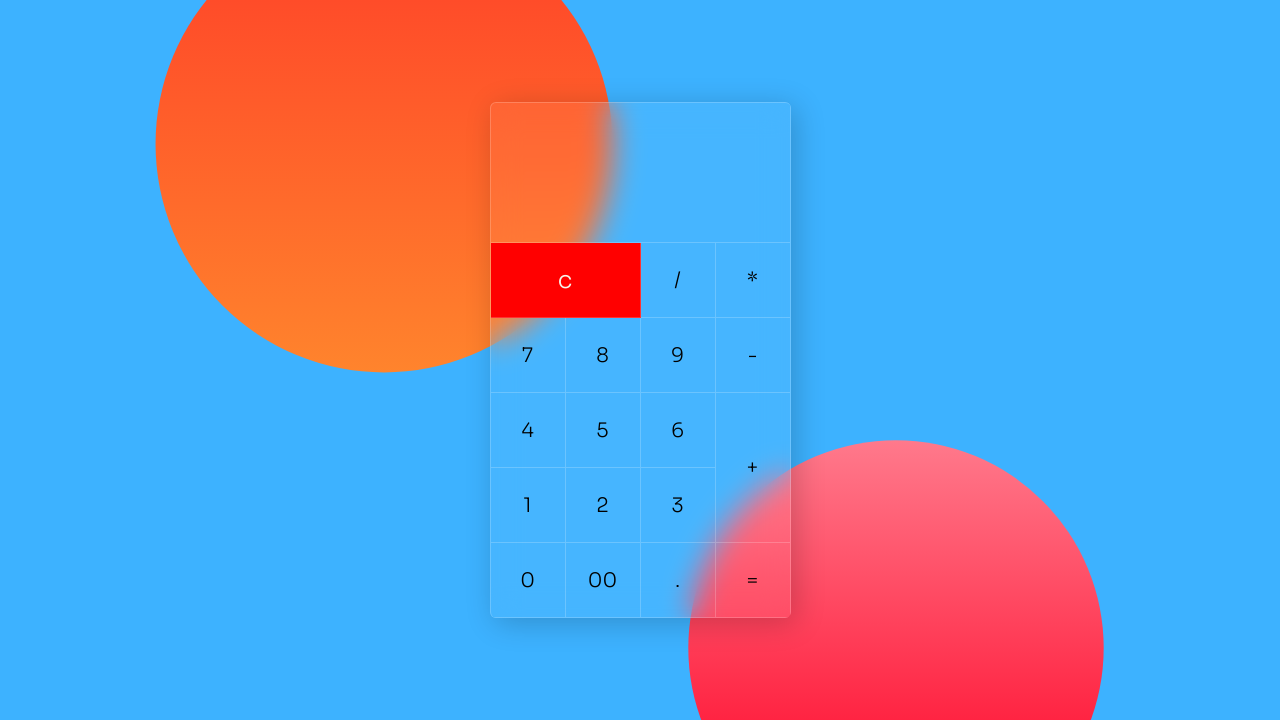
Repository: tharunkumaar404/Glass-Calci
Page: index.html
These files come from the project's save history. The page is drawn as it stood at one moment and after the next save; the edit follows.
The browser window is 1280 px wide. The pictures show the whole page.
The first visible `.container .calculator span` is being pressed.

Above is the page before, as saved 2021-08-26 15:10:21.

### index.html
<!DOCTYPE html>
<html lang="en">
<head>
    <meta charset="UTF-8">
    <meta http-equiv="X-UA-Compatible" content="IE=edge">
    <meta name="viewport" content="width=device-width, initial-scale=1.0">
    <title>Calculator</title>
    <link rel="stylesheet" href="styles.css">
</head>
<body>
    <div class="container">
        <form class="calculator" name="calc">
            <input type="text" readonly class="value" name="txt"/>
            <span class="num clear" onclick="calc.txt.value = ''">c</span>
            <span class="num" onclick="document.calc.txt.value +='/'">/</span>
            <span class="num" onclick="document.calc.txt.value +='*'">*</span>
            <span class="num" onclick="document.calc.txt.value +='7'">7</span>
            <span class="num" onclick="document.calc.txt.value +='8'">8</span>
            <span class="num" onclick="document.calc.txt.value +='9'">9</span>
            <span class="num" onclick="document.calc.txt.value +='-'">-</span>
            <span class="num" onclick="document.calc.txt.value +='4'">4</span>
            <span class="num " onclick="document.calc.txt.value +='5'">5</span>
            <span class="num" onclick="document.calc.txt.value +='6'">6</span>
            <span class="num plus" onclick="document.calc.txt.value +='+'">+</span>
            <span class="num" onclick="document.calc.txt.value +='1'">1</span>
            <span class="num" onclick="document.calc.txt.value +='2'">2</span>
            <span class="num" onclick="document.calc.txt.value +='3'">3</span>
            <span class="num" onclick="document.calc.txt.value +='0'">0</span>
            <span class="num" onclick="document.calc.txt.value +='00'">00</span>
            <span class="num" onclick="document.calc.txt.value +='.'"">.</span>
            <span class="num equal" onclick="document.calc.txt.value =eval(calc.txt.value)">=</span>
        </form>
    </div>
    <script type="text/javascript" src="vanilla-tilt.js"></script>
    <script type="text/javascript">
    	VanillaTilt.init(document.querySelector(".container"), {
    		max: 15,
    		speed: 400,
            glare: true,
            "max-glare":0.2,
            gyroscope:true,
    	});
    </script>
</body>
</html>

### styles.css
@import url('https://fonts.googleapis.com/css2?family=Sora:wght@300&display=swap');

*{
    margin: 0;
    padding: 0;
    box-sizing: border-box;
    font-family: 'Sora', sans-serif;
}

body{
display:flex;
justify-content: center;
align-items: center;
min-height: 100vh;
background: #3DB2FF;
}

body::before{
    content: '';
    position: absolute;
    top: 0;
    left:0;
    width: 100%;
    height:100%;
    background:linear-gradient(#FF4C29,#FFB830);
    clip-path: circle(22% at 30% 20%);
}
body::after{
    content: '';
    position: absolute;
    top: 0;
    left:0;
    width: 100%;
    height:100%;
    background:linear-gradient(#fff,#FF2442);
    clip-path: circle(20% at 70% 90%);
}

.container{
    position:relative;
    background: rgba(255,255,255,0.05);
    border-radius: 6px;
    overflow: hidden;
    z-index:10;
    backdrop-filter: blur(15px);
    border-top: 1px solid rgba(255,255,255,0.2);
    border-left:1px solid rgba(255,255,255,0.2);
    box-shadow: 5px 5px 30px rgba(0,0,0,0.2);

}

.container .calculator{
    position:relative;
    display:grid;

}

.container .calculator .value{
    grid-column: span 4;
    height: 140px;
    width:300px;
    text-align:right;
    border:none;
    outline:none;
    padding:10px;
    font-size:30px;
    background: transparent;
    color: #000;
    border-bottom: 1px solid rgba(255,255,255,0.2);
    border-right:1px solid rgba(255,255,255,0.2);


}
.container .calculator span {
    display:grid;
    place-items:center;
    height: 75px;
    width:75px;
    color:black;
    cursor:pointer;
    font-weight:400;
    font-size:20px;
    user-select:none;
    border-bottom: 1px solid rgba(255,255,255,0.2);
    border-right:1px solid rgba(255,255,255,0.2);
    transition: 0.5s;


}
.container .calculator span:hover{
    transition: 0s;
    background: rgba(255,255,255,0.2);
}

.container .calculator span:active{
    background: #ff0000;
    color: #F7F3E9;
    font-size: 24px;
    font-weight: 500;

}
.container .calculator .clear{
    grid-column: span 2;
    width:150px;
    background: rgba(255,255,255,0.2);
}
.container .calculator .plus{
grid-row: span 2;
height:150px;
}

### vanilla-tilt.js
var VanillaTilt = (function () {
'use strict';

/**
 * Created by Sergiu Șandor (micku7zu) on 1/27/2017.
 * Original idea: https://github.com/gijsroge/tilt.js
 * MIT License.
 * Version 1.7.1
 */

class VanillaTilt {
  constructor(element, settings = {}) {
    if (!(element instanceof Node)) {
      throw ("Can't initialize VanillaTilt because " + element + " is not a Node.");
    }

    this.width = null;
    this.height = null;
    this.clientWidth = null;
    this.clientHeight = null;
    this.left = null;
    this.top = null;

    // for Gyroscope sampling
    this.gammazero = null;
    this.betazero = null;
    this.lastgammazero = null;
    this.lastbetazero = null;

    this.transitionTimeout = null;
    this.updateCall = null;
    this.event = null;

    this.updateBind = this.update.bind(this);
    this.resetBind = this.reset.bind(this);

    this.element = element;
    this.settings = this.extendSettings(settings);

    this.reverse = this.settings.reverse ? -1 : 1;
    this.glare = VanillaTilt.isSettingTrue(this.settings.glare);
    this.glarePrerender = VanillaTilt.isSettingTrue(this.settings["glare-prerender"]);
    this.fullPageListening = VanillaTilt.isSettingTrue(this.settings["full-page-listening"]);
    this.gyroscope = VanillaTilt.isSettingTrue(this.settings.gyroscope);
    this.gyroscopeSamples = this.settings.gyroscopeSamples;

    this.elementListener = this.getElementListener();

    if (this.glare) {
      this.prepareGlare();
    }

    if (this.fullPageListening) {
      this.updateClientSize();
    }

    this.addEventListeners();
    this.updateInitialPosition();
  }

  static isSettingTrue(setting) {
    return setting === "" || setting === true || setting === 1;
  }

  /**
   * Method returns element what will be listen mouse events
   * @return {Node}
   */
  getElementListener() {
    if (this.fullPageListening) {
      return window.document;
    }

    if (typeof this.settings["mouse-event-element"] === "string") {
      const mouseEventElement = document.querySelector(this.settings["mouse-event-element"]);

      if (mouseEventElement) {
        return mouseEventElement;
      }
    }

    if (this.settings["mouse-event-element"] instanceof Node) {
      return this.settings["mouse-event-element"];
    }

    return this.element;
  }

  /**
   * Method set listen methods for this.elementListener
   * @return {Node}
   */
  addEventListeners() {
    this.onMouseEnterBind = this.onMouseEnter.bind(this);
    this.onMouseMoveBind = this.onMouseMove.bind(this);
    this.onMouseLeaveBind = this.onMouseLeave.bind(this);
    this.onWindowResizeBind = this.onWindowResize.bind(this);
    this.onDeviceOrientationBind = this.onDeviceOrientation.bind(this);

    this.elementListener.addEventListener("mouseenter", this.onMouseEnterBind);
    this.elementListener.addEventListener("mouseleave", this.onMouseLeaveBind);
    this.elementListener.addEventListener("mousemove", this.onMouseMoveBind);

    if (this.glare || this.fullPageListening) {
      window.addEventListener("resize", this.onWindowResizeBind);
    }

    if (this.gyroscope) {
      window.addEventListener("deviceorientation", this.onDeviceOrientationBind);
    }
  }

  /**
   * Method remove event listeners from current this.elementListener
   */
  removeEventListeners() {
    this.elementListener.removeEventListener("mouseenter", this.onMouseEnterBind);
    this.elementListener.removeEventListener("mouseleave", this.onMouseLeaveBind);
    this.elementListener.removeEventListener("mousemove", this.onMouseMoveBind);

    if (this.gyroscope) {
      window.removeEventListener("deviceorientation", this.onDeviceOrientationBind);
    }

    if (this.glare || this.fullPageListening) {
      window.removeEventListener("resize", this.onWindowResizeBind);
    }
  }

  destroy() {
    clearTimeout(this.transitionTimeout);
    if (this.updateCall !== null) {
      cancelAnimationFrame(this.updateCall);
    }

    this.reset();

    this.removeEventListeners();
    this.element.vanillaTilt = null;
    delete this.element.vanillaTilt;

    this.element = null;
  }

  onDeviceOrientation(event) {
    if (event.gamma === null || event.beta === null) {
      return;
    }

    this.updateElementPosition();

    if (this.gyroscopeSamples > 0) {
      this.lastgammazero = this.gammazero;
      this.lastbetazero = this.betazero;

      if (this.gammazero === null) {
        this.gammazero = event.gamma;
        this.betazero = event.beta;
      } else {
        this.gammazero = (event.gamma + this.lastgammazero) / 2;
        this.betazero = (event.beta + this.lastbetazero) / 2;
      }

      this.gyroscopeSamples -= 1;
    }

    const totalAngleX = this.settings.gyroscopeMaxAngleX - this.settings.gyroscopeMinAngleX;
    const totalAngleY = this.settings.gyroscopeMaxAngleY - this.settings.gyroscopeMinAngleY;

    const degreesPerPixelX = totalAngleX / this.width;
    const degreesPerPixelY = totalAngleY / this.height;

    const angleX = event.gamma - (this.settings.gyroscopeMinAngleX + this.gammazero);
    const angleY = event.beta - (this.settings.gyroscopeMinAngleY + this.betazero);

    const posX = angleX / degreesPerPixelX;
    const posY = angleY / degreesPerPixelY;

    if (this.updateCall !== null) {
      cancelAnimationFrame(this.updateCall);
    }

    this.event = {
      clientX: posX + this.left,
      clientY: posY + this.top,
    };

    this.updateCall = requestAnimationFrame(this.updateBind);
  }

  onMouseEnter() {
    this.updateElementPosition();
    this.element.style.willChange = "transform";
    this.setTransition();
  }

  onMouseMove(event) {
    if (this.updateCall !== null) {
      cancelAnimationFrame(this.updateCall);
    }

    this.event = event;
    this.updateCall = requestAnimationFrame(this.updateBind);
  }

  onMouseLeave() {
    this.setTransition();

    if (this.settings.reset) {
      requestAnimationFrame(this.resetBind);
    }
  }

  reset() {
    this.event = {
      clientX: this.left + this.width / 2,
      clientY: this.top + this.height / 2
    };

    if (this.element && this.element.style) {
      this.element.style.transform = `perspective(${this.settings.perspective}px) ` +
        `rotateX(0deg) ` +
        `rotateY(0deg) ` +
        `scale3d(1, 1, 1)`;
    }

    this.resetGlare();
  }

  resetGlare() {
    if (this.glare) {
      this.glareElement.style.transform = "rotate(180deg) translate(-50%, -50%)";
      this.glareElement.style.opacity = "0";
    }
  }

  updateInitialPosition() {
    if (this.settings.startX === 0 && this.settings.startY === 0) {
      return;
    }

    this.onMouseEnter();

    if (this.fullPageListening) {
      this.event = {
        clientX: (this.settings.startX + this.settings.max) / (2 * this.settings.max) * this.clientWidth,
        clientY: (this.settings.startY + this.settings.max) / (2 * this.settings.max) * this.clientHeight
      };
    } else {
      this.event = {
        clientX: this.left + ((this.settings.startX + this.settings.max) / (2 * this.settings.max) * this.width),
        clientY: this.top + ((this.settings.startY + this.settings.max) / (2 * this.settings.max) * this.height)
      };
    }


    let backupScale = this.settings.scale;
    this.settings.scale = 1;
    this.update();
    this.settings.scale = backupScale;
    this.resetGlare();
  }

  getValues() {
    let x, y;

    if (this.fullPageListening) {
      x = this.event.clientX / this.clientWidth;
      y = this.event.clientY / this.clientHeight;
    } else {
      x = (this.event.clientX - this.left) / this.width;
      y = (this.event.clientY - this.top) / this.height;
    }

    x = Math.min(Math.max(x, 0), 1);
    y = Math.min(Math.max(y, 0), 1);

    let tiltX = (this.reverse * (this.settings.max - x * this.settings.max * 2)).toFixed(2);
    let tiltY = (this.reverse * (y * this.settings.max * 2 - this.settings.max)).toFixed(2);
    let angle = Math.atan2(this.event.clientX - (this.left + this.width / 2), -(this.event.clientY - (this.top + this.height / 2))) * (180 / Math.PI);

    return {
      tiltX: tiltX,
      tiltY: tiltY,
      percentageX: x * 100,
      percentageY: y * 100,
      angle: angle
    };
  }

  updateElementPosition() {
    let rect = this.element.getBoundingClientRect();

    this.width = this.element.offsetWidth;
    this.height = this.element.offsetHeight;
    this.left = rect.left;
    this.top = rect.top;
  }

  update() {
    let values = this.getValues();

    this.element.style.transform = "perspective(" + this.settings.perspective + "px) " +
      "rotateX(" + (this.settings.axis === "x" ? 0 : values.tiltY) + "deg) " +
      "rotateY(" + (this.settings.axis === "y" ? 0 : values.tiltX) + "deg) " +
      "scale3d(" + this.settings.scale + ", " + this.settings.scale + ", " + this.settings.scale + ")";

    if (this.glare) {
      this.glareElement.style.transform = `rotate(${values.angle}deg) translate(-50%, -50%)`;
      this.glareElement.style.opacity = `${values.percentageY * this.settings["max-glare"] / 100}`;
    }

    this.element.dispatchEvent(new CustomEvent("tiltChange", {
      "detail": values
    }));

    this.updateCall = null;
  }

  /**
   * Appends the glare element (if glarePrerender equals false)
   * and sets the default style
   */
  prepareGlare() {
    // If option pre-render is enabled we assume all html/css is present for an optimal glare effect.
    if (!this.glarePrerender) {
      // Create glare element
      const jsTiltGlare = document.createElement("div");
      jsTiltGlare.classList.add("js-tilt-glare");

      const jsTiltGlareInner = document.createElement("div");
      jsTiltGlareInner.classList.add("js-tilt-glare-inner");

      jsTiltGlare.appendChild(jsTiltGlareInner);
      this.element.appendChild(jsTiltGlare);
    }

    this.glareElementWrapper = this.element.querySelector(".js-tilt-glare");
    this.glareElement = this.element.querySelector(".js-tilt-glare-inner");

    if (this.glarePrerender) {
      return;
    }

    Object.assign(this.glareElementWrapper.style, {
      "position": "absolute",
      "top": "0",
      "left": "0",
      "width": "100%",
      "height": "100%",
      "overflow": "hidden",
      "pointer-events": "none"
    });

    Object.assign(this.glareElement.style, {
      "position": "absolute",
      "top": "50%",
      "left": "50%",
      "pointer-events": "none",
      "background-image": `linear-gradient(0deg, rgba(255,255,255,0) 0%, rgba(255,255,255,1) 100%)`,
      "width": `${this.element.offsetWidth * 2}px`,
      "height": `${this.element.offsetWidth * 2}px`,
      "transform": "rotate(180deg) translate(-50%, -50%)",
      "transform-origin": "0% 0%",
      "opacity": "0",
    });
  }

  updateGlareSize() {
    if (this.glare) {
      Object.assign(this.glareElement.style, {
        "width": `${this.element.offsetWidth * 2}`,
        "height": `${this.element.offsetWidth * 2}`,
      });
    }
  }

  updateClientSize() {
    this.clientWidth = window.innerWidth
      || document.documentElement.clientWidth
      || document.body.clientWidth;

    this.clientHeight = window.innerHeight
      || document.documentElement.clientHeight
      || document.body.clientHeight;
  }

  onWindowResize() {
    this.updateGlareSize();
    this.updateClientSize();
  }

  setTransition() {
    clearTimeout(this.transitionTimeout);
    this.element.style.transition = this.settings.speed + "ms " + this.settings.easing;
    if (this.glare) this.glareElement.style.transition = `opacity ${this.settings.speed}ms ${this.settings.easing}`;

    this.transitionTimeout = setTimeout(() => {
      this.element.style.transition = "";
      if (this.glare) {
        this.glareElement.style.transition = "";
      }
    }, this.settings.speed);

  }

  /**
   * Method return patched settings of instance
   * @param {boolean} settings.reverse - reverse the tilt direction
   * @param {number} settings.max - max tilt rotation (degrees)
   * @param {startX} settings.startX - the starting tilt on the X axis, in degrees. Default: 0
   * @param {startY} settings.startY - the starting tilt on the Y axis, in degrees. Default: 0
   * @param {number} settings.perspective - Transform perspective, the lower the more extreme the tilt gets
   * @param {string} settings.easing - Easing on enter/exit
   * @param {number} settings.scale - 2 = 200%, 1.5 = 150%, etc..
   * @param {number} settings.speed - Speed of the enter/exit transition
   * @param {boolean} settings.transition - Set a transition on enter/exit
   * @param {string|null} settings.axis - What axis should be disabled. Can be X or Y
   * @param {boolean} settings.glare - What axis should be disabled. Can be X or Y
   * @param {number} settings.max-glare - the maximum "glare" opacity (1 = 100%, 0.5 = 50%)
   * @param {boolean} settings.glare-prerender - false = VanillaTilt creates the glare elements for you, otherwise
   * @param {boolean} settings.full-page-listening - If true, parallax effect will listen to mouse move events on the whole document, not only the selected element
   * @param {string|object} settings.mouse-event-element - String selector or link to HTML-element what will be listen mouse events
   * @param {boolean} settings.reset - false = If the tilt effect has to be reset on exit
   * @param {gyroscope} settings.gyroscope - Enable tilting by deviceorientation events
   * @param {gyroscopeSensitivity} settings.gyroscopeSensitivity - Between 0 and 1 - The angle at which max tilt position is reached. 1 = 90deg, 0.5 = 45deg, etc..
   * @param {gyroscopeSamples} settings.gyroscopeSamples - How many gyroscope moves to decide the starting position.
   */
  extendSettings(settings) {
    let defaultSettings = {
      reverse: false,
      max: 15,
      startX: 0,
      startY: 0,
      perspective: 1000,
      easing: "cubic-bezier(.03,.98,.52,.99)",
      scale: 1,
      speed: 300,
      transition: true,
      axis: null,
      glare: false,
      "max-glare": 1,
      "glare-prerender": false,
      "full-page-listening": false,
      "mouse-event-element": null,
      reset: true,
      gyroscope: true,
      gyroscopeMinAngleX: -45,
      gyroscopeMaxAngleX: 45,
      gyroscopeMinAngleY: -45,
      gyroscopeMaxAngleY: 45,
      gyroscopeSamples: 10
    };

    let newSettings = {};
    for (var property in defaultSettings) {
      if (property in settings) {
        newSettings[property] = settings[property];
      } else if (this.element.hasAttribute("data-tilt-" + property)) {
        let attribute = this.element.getAttribute("data-tilt-" + property);
        try {
          newSettings[property] = JSON.parse(attribute);
        } catch (e) {
          newSettings[property] = attribute;
        }

      } else {
        newSettings[property] = defaultSettings[property];
      }
    }

    return newSettings;
  }

  static init(elements, settings) {
    if (elements instanceof Node) {
      elements = [elements];
    }

    if (elements instanceof NodeList) {
      elements = [].slice.call(elements);
    }

    if (!(elements instanceof Array)) {
      return;
    }

    elements.forEach((element) => {
      if (!("vanillaTilt" in element)) {
        element.vanillaTilt = new VanillaTilt(element, settings);
      }
    });
  }
}

if (typeof document !== "undefined") {
  /* expose the class to window */
  window.VanillaTilt = VanillaTilt;

  /**
   * Auto load
   */
  VanillaTilt.init(document.querySelectorAll("[data-tilt]"));
}

return VanillaTilt;

}());

After the next save:
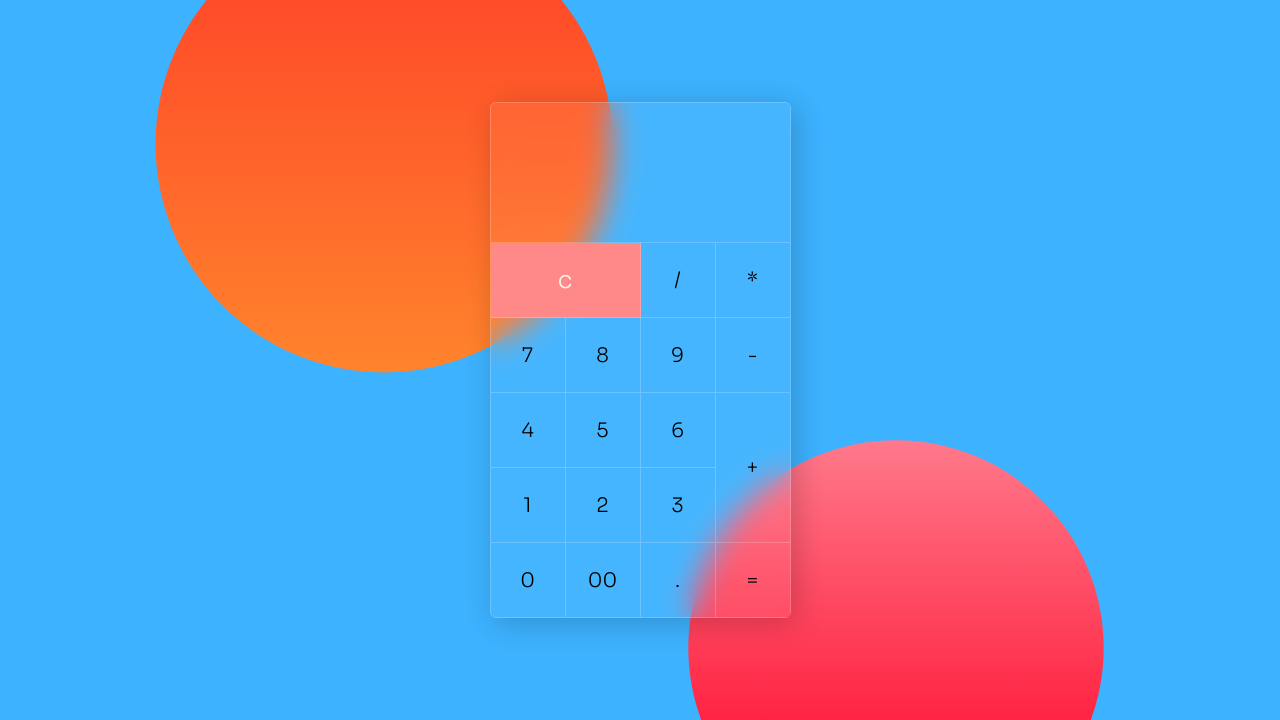
Saved 23 s later.
--- a/styles.css
+++ b/styles.css
@@ -93,7 +93,7 @@ body::after{
 }
 
 .container .calculator span:active{
-    background: #ff0000;
+    background: #ff8989;
     color: #F7F3E9;
     font-size: 24px;
     font-weight: 500;
